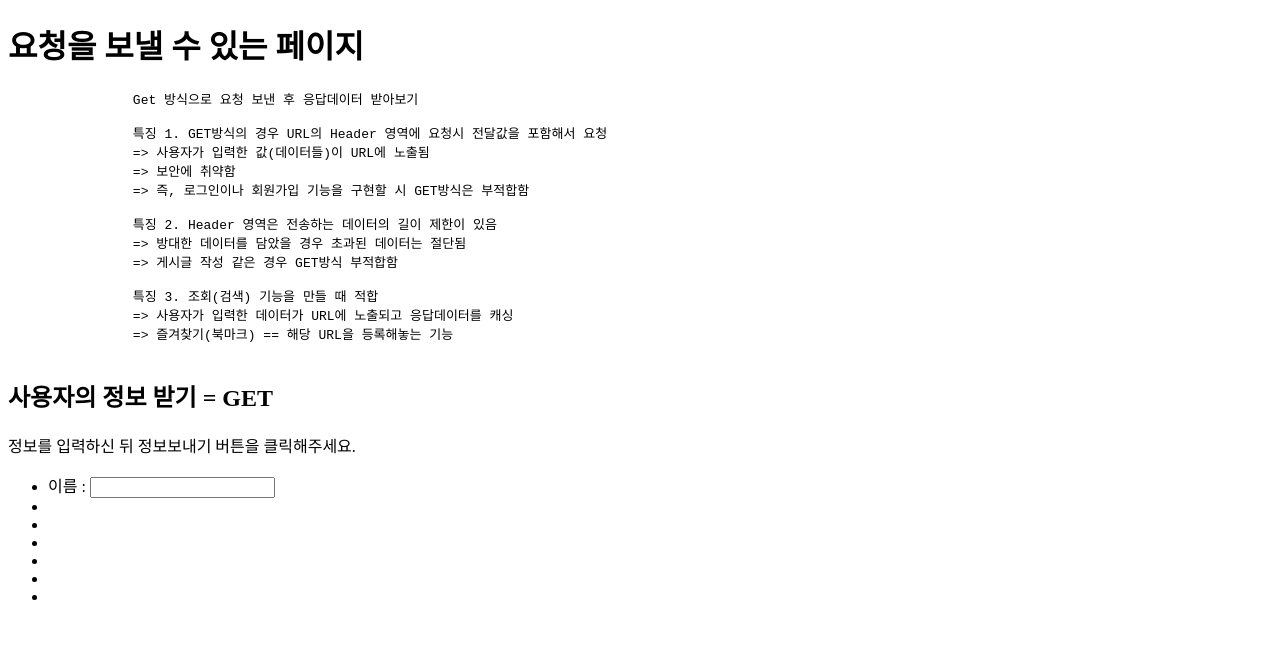
Repository: ghksl0204-shapa/dynamic-web
Page: MyFirstWebProject/src/main/webapp/views/post.html
These files come from the project's save history. The page is drawn as it stood at one moment and after the next save; the edit follows.
The browser window is 1280 px wide. The pictures show the whole page.

Above is the page before, as saved 2026-05-04 05:05:46.

### MyFirstWebProject/src/main/webapp/views/post.html
<!DOCTYPE html>
<html>
<head>
<meta charset="UTF-8">
<title>request page</title>
</head>
<body>
	<h1>요청을 보낼 수 있는 페이지</h1>

	<pre>
		Get 방식으로 요청 보낸 후 응답데이터 받아보기

		특징 1. GET방식의 경우 URL의 Header 영역에 요청시 전달값을 포함해서 요청
		=> 사용자가 입력한 값(데이터들)이 URL에 노출됨
		=> 보안에 취약함
		=> 즉, 로그인이나 회원가입 기능을 구현할 시 GET방식은 부적합함

		특징 2. Header 영역은 전송하는 데이터의 길이 제한이 있음
		=> 방대한 데이터를 담았을 경우 초과된 데이터는 절단됨
		=> 게시글 작성 같은 경우 GET방식 부적합함

		특징 3. 조회(검색) 기능을 만들 때 적합
		=> 사용자가 입력한 데이터가 URL에 노출되고 응답데이터를 캐싱
		=> 즐겨찾기(북마크) == 해당 URL을 등록해놓는 기능
	</pre>

	<h2> 사용자의 정보 받기 = GET</h2>

	<p>정보를 입력하신 뒤 정보보내기 버튼을 클릭해주세요.</p>

	<form method="get">
		<ul>
			<li>
				이름 : <input type="text" name="name" />
			</li>
			<li>

			</li>
			<li>

			</li>
			<li>

			</li>
			<li>

			</li>
			<li>

			</li>
			<li>

			</li>
		</ul>
	</form>



</body>
</html>

After the next save:
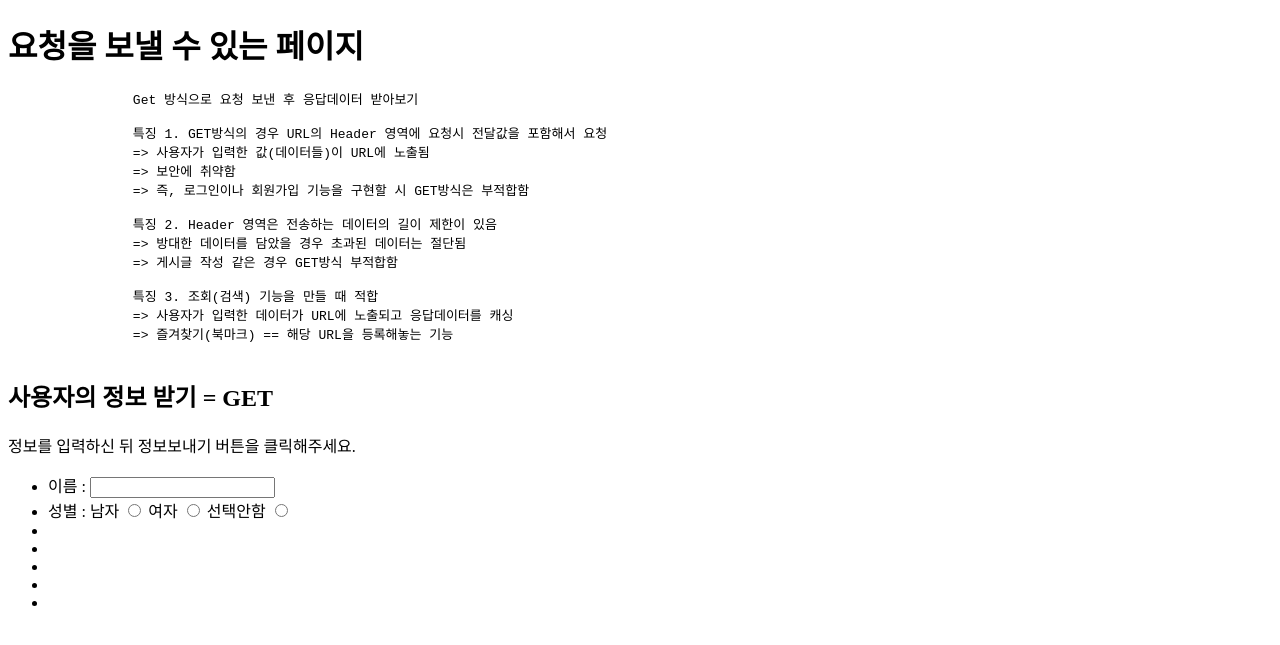
Saved 117 s later.
--- a/MyFirstWebProject/src/main/webapp/views/post.html
+++ b/MyFirstWebProject/src/main/webapp/views/post.html
@@ -34,7 +34,10 @@
 				이름 : <input type="text" name="name" />
 			</li>
 			<li>
-
+				성별 :
+				남자 <input type="radio" name="gender" />
+				여자 <input type="radio" name="gender" />
+				선택안함 <input type="radio" name="gender" />
 			</li>
 			<li>
 
